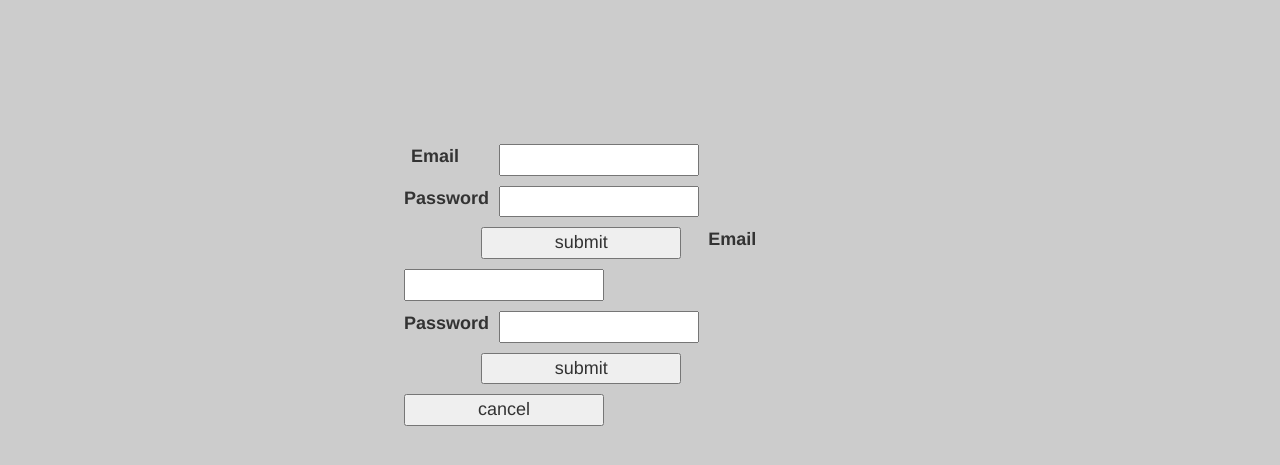
Repository: marijabroceta/ProjekatIB
Page: IB_Project_Shell/src/main/resources/static/index.html
The author's editor kept a copy of each file at every save. The page is drawn from the files as they stood at one save, then again after the next save.
The browser window is 1280 px wide. The pictures show the whole page.

Above is the page before, as saved 2018-07-01 00:11:32.

### IB_Project_Shell/src/main/resources/static/index.html
<!DOCTYPE html>
<html>

<head>
<!--  <script type="text/javascript" src="js/main.js"></script>
<script src="https://ajax.googleapis.com/ajax/libs/jquery/3.3.1/jquery.min.js"></script>-->
<title>Login</title>
	<script src="js/jquery-2.1.4.min.js"></script>
	<link rel="stylesheet" type="text/css" href="bootstrap/css/bootstrap.min.css"/>
    <script src="bootstrap/js/bootstrap.min.js"></script>
    <link rel="stylesheet" type="text/css" href="css/login.css">
    <script src="js/login.js" type="text/javascript"></script>
</head>
<body>
	<!--  <a href="./user_content/cat.jpg" download>Download link for static
		files</a>
	<button type="button"  onclick="download()">Download link for
		target/files files</button>-->
	<div id="forms">
		<div id="login_form">
		    <form name="login" method="post" id="login">
		       	<label for="email">Email</label>
		 		<input type="text" id="email" name="email"><br>
		 		<label for="password">Password</label>
		 		<input type="password" id="password" name="password"><br>
		 		<input type="submit" name="submit" id="submit" value="submit" class="button" />
		    </form>
		 </div>
	    <div id="add_form">
				<form name="add_user_form" method="post" id="add_user_form">
			       	<label id="email_lbl" for="email">Email</label>
			 		<input type="text" id="email" name="email"><br>
			 		<label id="pass_lbl" for="password">Password</label>
			 		<input type="password" id="password" name="password"><br>
			 		<input type="submit" name="submit" id="submit" value="submit" class="button" /><br>
			 		<input type="button" name="cancel" id="cancel" value="cancel" class="button" />
		    	</form>
			</div>
	</div>
</body>

</html>

### IB_Project_Shell/src/main/resources/static/css/login.css
#forms{
	position: absolute;
    top: 20%;
    left: 30%;
    right: 30%;
    bottom: 20%;
    font-size: 18px;
}



body {
    text-align: center;
    background: #ccc;
}
/*form {
    display: inline-block;
}*/

label,input {
 display: block;
 width: 200px;
 float: left;
 margin-left: 20px;
 margin-bottom: 10px;
}

label {
 text-align: right;
 width: 75px;
 padding-right: 20px;
}

br {
 clear: left;
}

#submit{
	margin-left: 19%;
}

### IB_Project_Shell/src/main/resources/static/js/login.js
$(document).ready(function(){

	var submit = $('#submit');

	submit.on('click',function(e) {
		login();

		e.preventDefault();
		return false;
	})

});

function login(){
	var email = $('#email').val().trim();
	var password = $('#password').val().trim();
	var token = '';

	var data = {
		'username':email,
		'password':password
	}
	console.log(data);

	$.ajax({
		type: 'POST',
        contentType: 'application/json',
        url: 'https://localhost:8443/api/auth/login',
        data: JSON.stringify(data),
        dataType: 'json',
        crossDomain: true,
		cache: false,
		processData: false,
		success:function(response){
			var token = response.access_token;
			console.log(token);
			console.log(response);

			localStorage.setItem("token",token);
			window.location.href = "main_page.html";
		},
		error: function (jqXHR, textStatus, errorThrown) {
			alert(textStatus);
		}
	});
}

Loaded but not shown: IB_Project_Shell/src/main/resources/static/js/jquery-2.1.4.min.js (library); IB_Project_Shell/src/main/resources/static/bootstrap/css/bootstrap.min.css (library); IB_Project_Shell/src/main/resources/static/bootstrap/js/bootstrap.min.js (library)

After the next save:
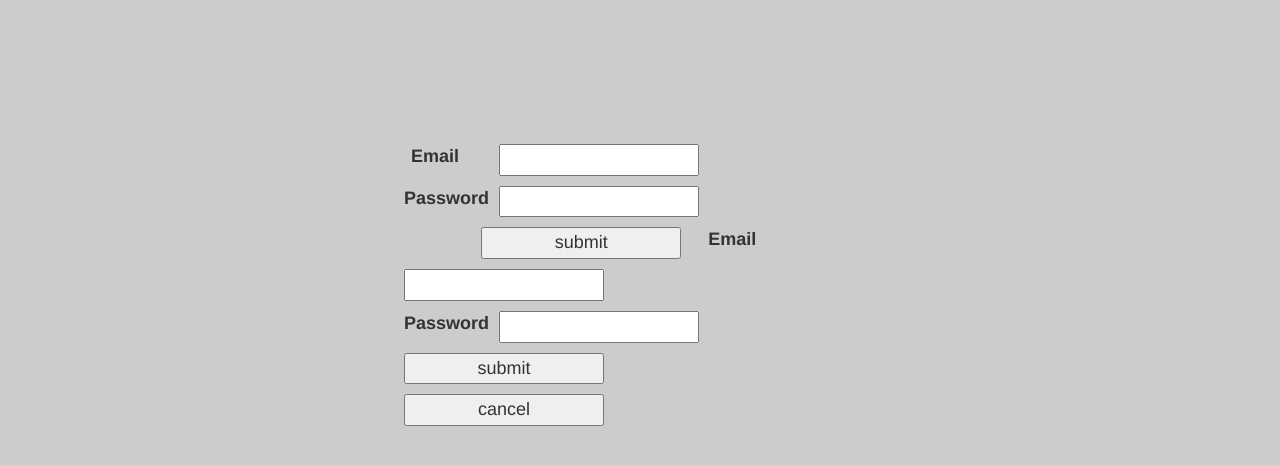
Saved 3 min 28 s later.
--- a/IB_Project_Shell/src/main/resources/static/index.html
+++ b/IB_Project_Shell/src/main/resources/static/index.html
@@ -29,11 +29,11 @@
 	    <div id="add_form">
 				<form name="add_user_form" method="post" id="add_user_form">
 			       	<label id="email_lbl" for="email">Email</label>
-			 		<input type="text" id="email" name="email"><br>
+			 		<input type="text" id="email_txt" name="email"><br>
 			 		<label id="pass_lbl" for="password">Password</label>
-			 		<input type="password" id="password" name="password"><br>
-			 		<input type="submit" name="submit" id="submit" value="submit" class="button" /><br>
-			 		<input type="button" name="cancel" id="cancel" value="cancel" class="button" />
+			 		<input type="password" id="password_txt" name="password"><br>
+			 		<input type="submit" name="submit" id="submit_add" value="submit" class="button" /><br>
+			 		<input type="button" name="cancel" id="cancel_add" value="cancel" class="button" />
 		    	</form>
 			</div>
 	</div>
